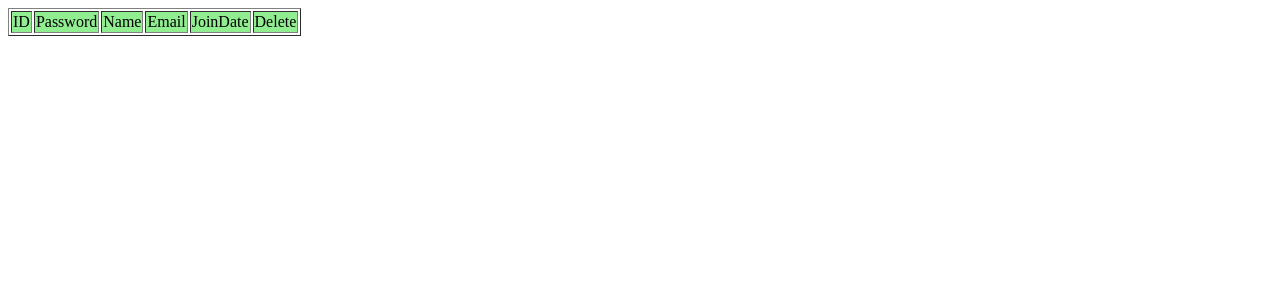
Repository: beenjh6088/jsp
Page: http://localhost/pro07/member3
The author's editor kept a copy of each file at every save. The page is drawn from the files as they stood at one save, then again after the next save.
The browser window is 1280 px wide. The pictures show the whole page.
The page is served by Tomcat 9. Queries for data that is not in the repository find no rows.

Above is the page before, as saved 2024-07-28 09:15:39.

After the next save:
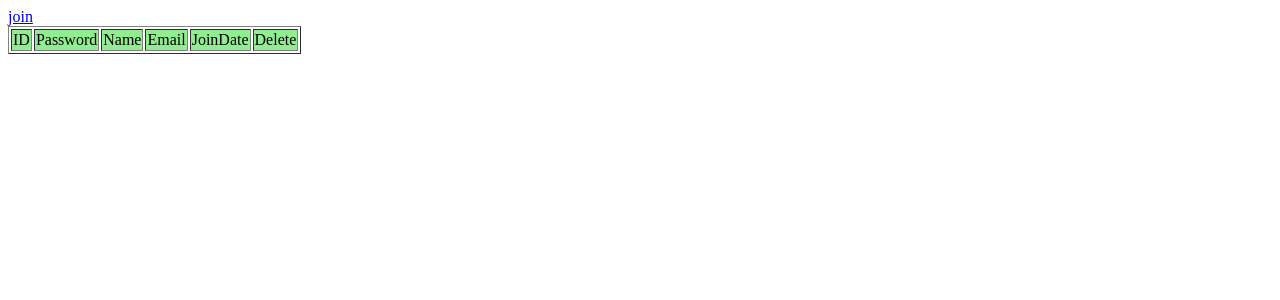
Saved 35 s later.
--- a/pro07/src/main/java/sec02/ex02/MemberServlet.java
+++ b/pro07/src/main/java/sec02/ex02/MemberServlet.java
@@ -62,7 +62,7 @@
 			Date joinDate = memberVO.getJoinDate();
 			out.print("<tr><td>"+id+"</td><td>"+pwd+"</td><td>"+name+"</td><td>"+email+"</td><td>"+joinDate+"</td><td><a href='/pro07/member3?command=delMember&id="+id+"'>delete</a></td></tr>");
 		}
-		out.print("<a href='/pro07/memberForm.html>join</a>");
+		out.print("<a href='/pro07/memberForm.html'>join</a>");
 		out.print("</table></body></html>");
 	}
 }

After the save that followed:
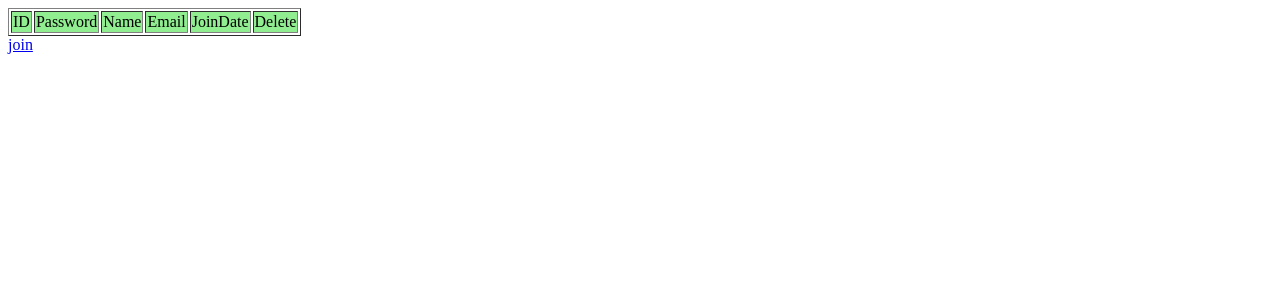
Saved 10 s later.
--- a/pro07/src/main/java/sec02/ex02/MemberServlet.java
+++ b/pro07/src/main/java/sec02/ex02/MemberServlet.java
@@ -62,7 +62,7 @@
 			Date joinDate = memberVO.getJoinDate();
 			out.print("<tr><td>"+id+"</td><td>"+pwd+"</td><td>"+name+"</td><td>"+email+"</td><td>"+joinDate+"</td><td><a href='/pro07/member3?command=delMember&id="+id+"'>delete</a></td></tr>");
 		}
+		out.print("</table></body></html>");
 		out.print("<a href='/pro07/memberForm.html'>join</a>");
-		out.print("</table></body></html>");
 	}
 }
